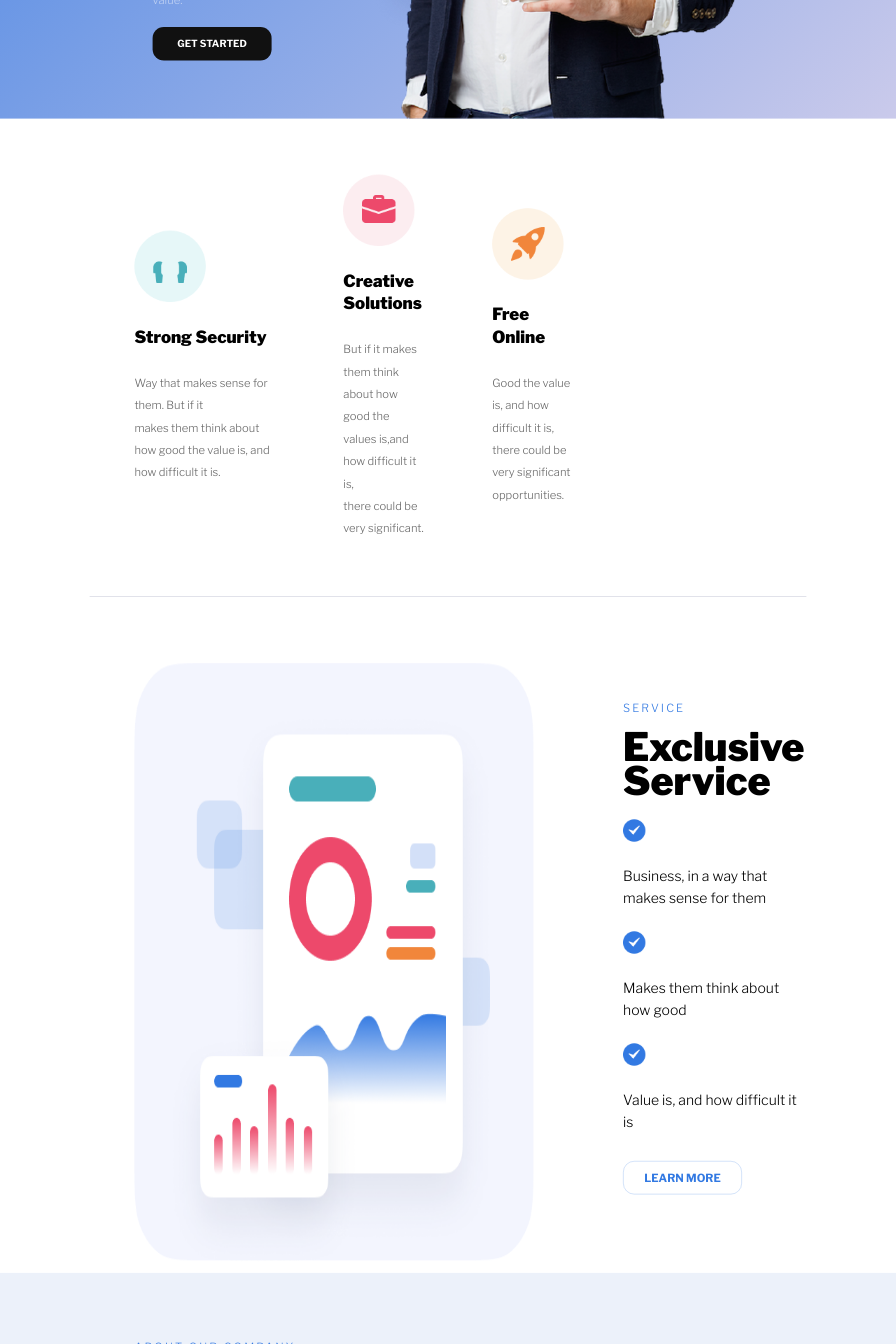
Repository: juniorAntunes910/Make-Money-Design-Avaliacao
Page: index.html
An editor plug-in stored every save of this project. The page is shown before and after a run of saves, followed by the edit.
The browser window is 1280 px wide. The pictures show the part of the page from y = 858 to 2778 px (the page is 8360 px tall before and 8328 px after), at 70% of full size.

Above is the page before, as saved 2026-03-13 12:31:08.

After the next 3 saves:
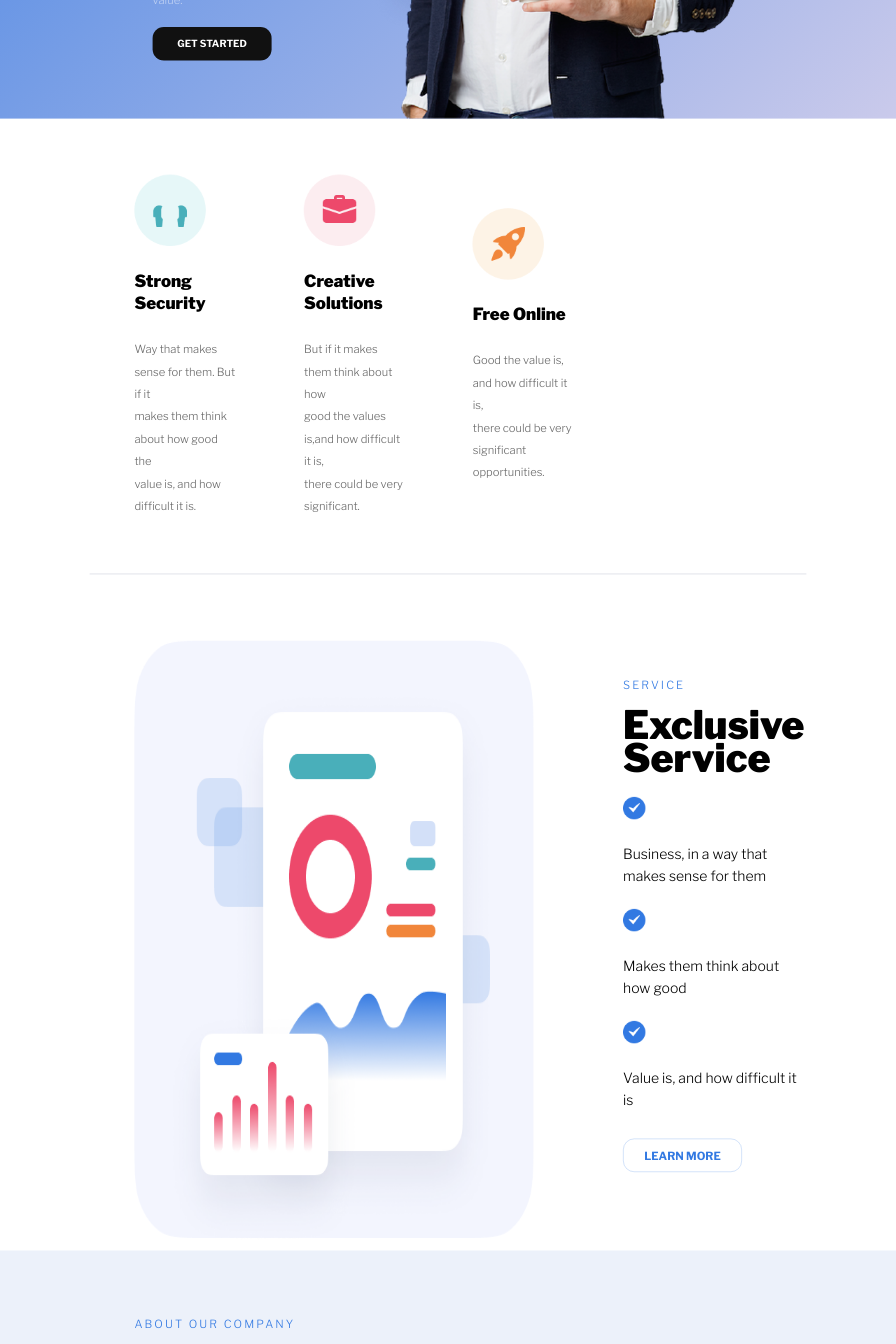
The 3 saves are shown as one change because they came seconds apart.
The last was saved 11 s later.
--- a/index.html
+++ b/index.html
@@ -93,7 +93,7 @@
 
                 <p class="main-content-card-box-content-description">
                     Way that makes sense for them. But if it <span class="quebra-mobile"></span> <span class="quebra-desktop"></span>
-                    makes them think about how good the <span class="quebra-mobile"></span>
+                    makes them think about how good the <span class="quebra-mobile"></span> <span class="quebra-desktop"></span>
                     value is, and how difficult it is.
                 </p>
 
